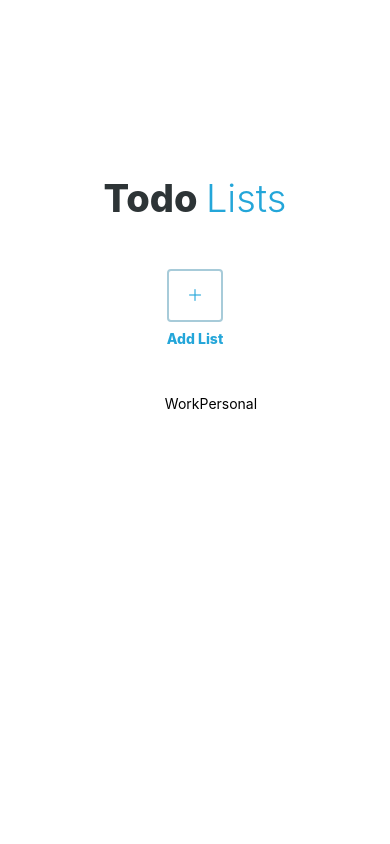
Repository: RolandoCutie/TodoAppReactNative
Screen: /
The author's editor kept a copy of each file at every save. The screen is drawn from the files as they stood at one save, then again after a run of saves.
The app was drawn by React Native's web renderer in a window 390 px wide. The project was rebuilt for these pictures with package versions that can differ from the ones it lists, and the page was loaded fresh each time. Some packages were replaced by stand-ins written for this rebuild.

Above is the screen before, as saved 2025-01-16 15:26:11.

After the next 3 saves:
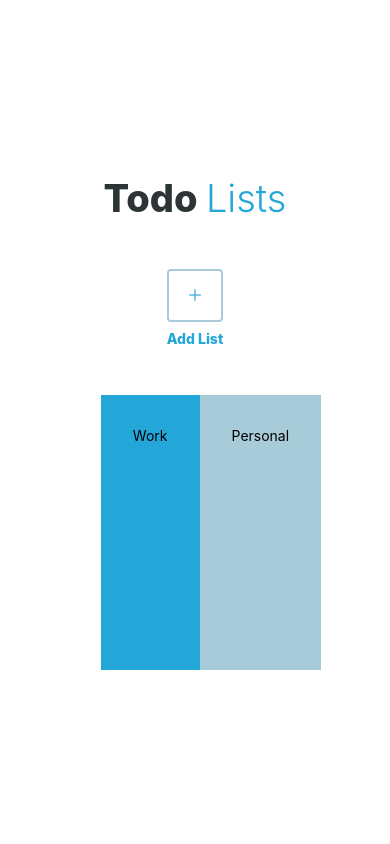
The 3 saves are shown as one change because they came seconds apart.
The last was saved 41 min 41 s later.
--- a/components/TodoList.tsx
+++ b/components/TodoList.tsx
@@ -11,7 +11,7 @@ interface List {
 
 export default function TodoList({ list }: { list: List }) {
     return (
-        <View>
+        <View style={{ backgroundColor: list.color, padding: 32 }}>
             <Text>{list.name}</Text>
         </View>
     );
